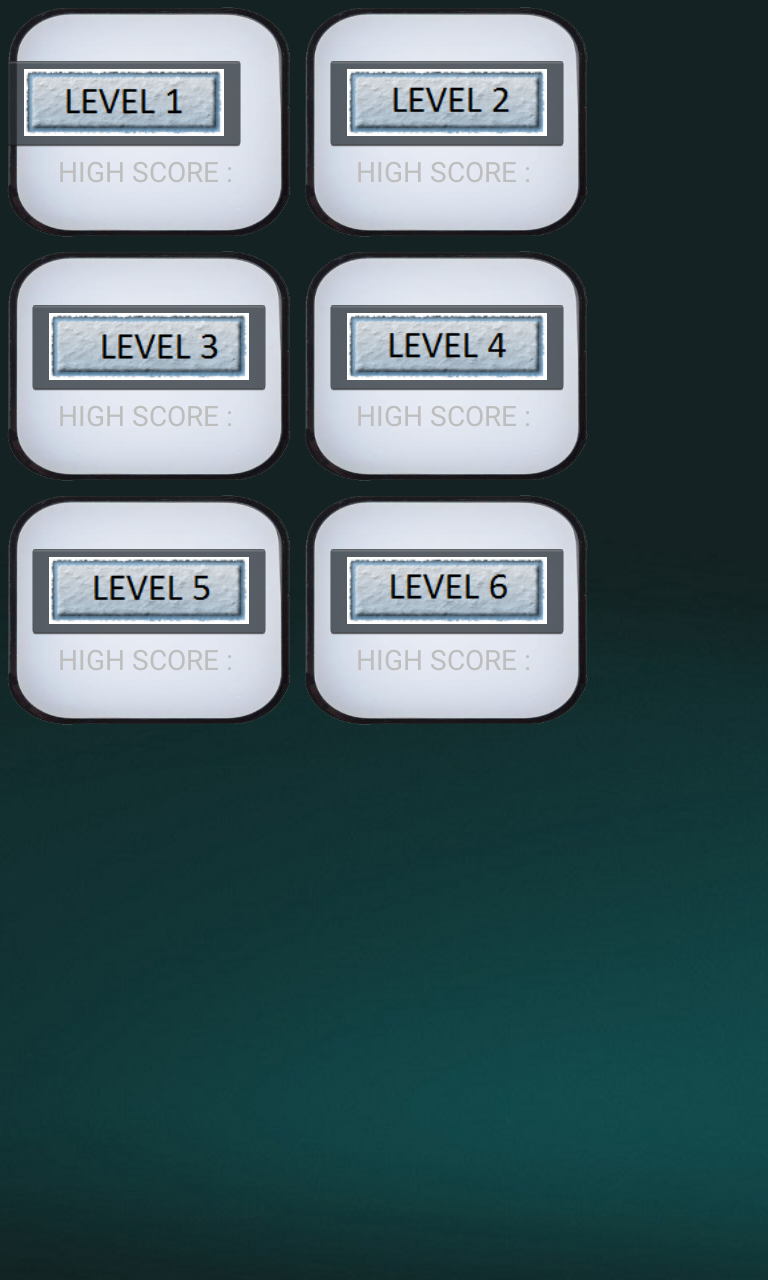
Repository: rohitchawla22/SebiQuiz
Layout: SebiQuiz/res/layout/menu.xml
The author's editor kept a copy of each file at every save. The layout is drawn from the files as they stood at one save, then again after the next save.
It is drawn on a 768 x 1280 px phone screen (xhdpi) without system bars, with theme android:Theme.Holo; the app's code is not run.

Above is the layout before, as saved 2014-06-12 10:23:31.

After the next save:
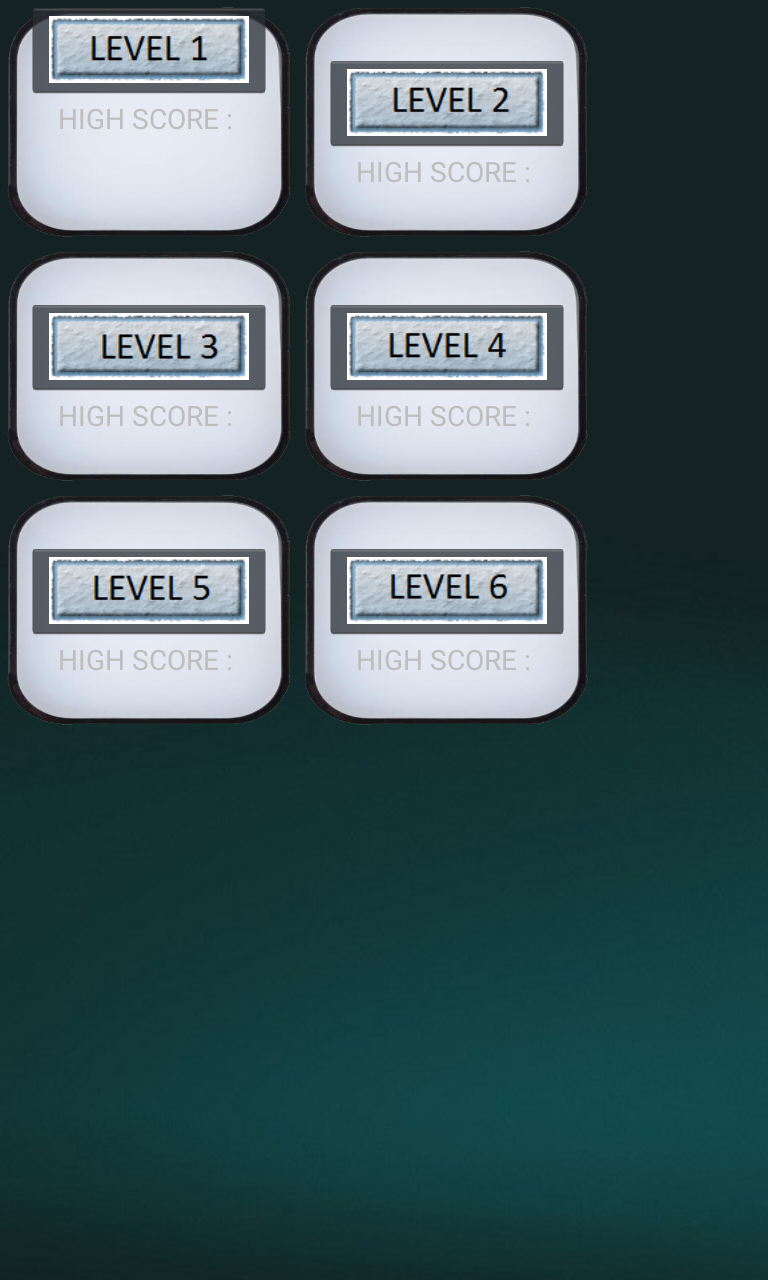
Saved 18 s later.
--- a/SebiQuiz/res/layout/menu.xml
+++ b/SebiQuiz/res/layout/menu.xml
@@ -13,7 +13,6 @@
         <LinearLayout
             android:layout_width="wrap_content"
             android:layout_height="wrap_content"
-            android:layout_gravity="center"
             android:layout_weight="1"
             android:orientation="vertical" >
 
@@ -21,6 +20,7 @@
                 android:id="@+id/level1"
                 android:layout_width="wrap_content"
                 android:layout_height="wrap_content"
+                android:layout_gravity="center"
                 android:src="@drawable/level1" />
 
            <TextView
